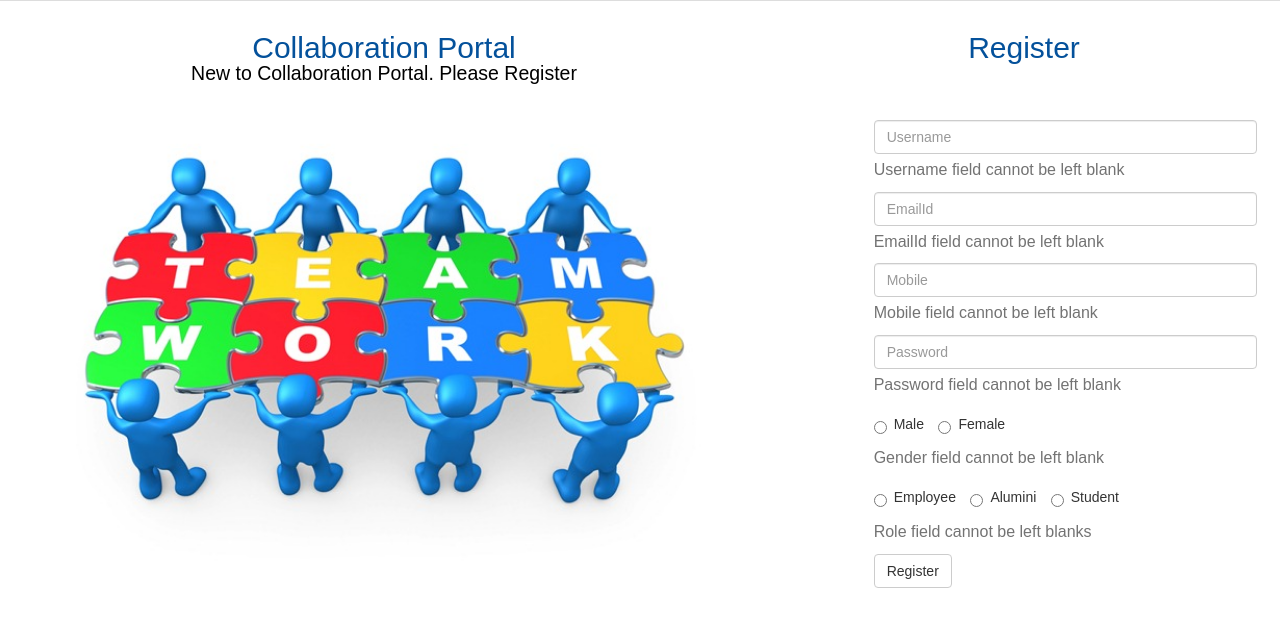
Repository: KaustubhKamat/CollaborationPlatform
Page: CollaborationFrontEnd/WebContent/c_user/Register.html
The author's editor kept a copy of each file at every save. The page is drawn from the files as they stood at one save, then again after the next save.
The browser window is 1280 px wide. The pictures show the whole page.
Some web libraries are served in a nearby version.

Above is the page before, as saved 2017-03-03 11:03:31.

### CollaborationFrontEnd/WebContent/c_user/Register.html
<html>
<head>
<meta charset="ISO-8859-1">
<title>Insert title here</title>
<link rel="stylesheet"
	href="https://maxcdn.bootstrapcdn.com/bootstrap/3.3.7/css/bootstrap.min.css">
<script
	src="https://ajax.googleapis.com/ajax/libs/jquery/1.12.4/jquery.min.js"></script>
<link rel="stylesheet"
	href="https://maxcdn.bootstrapcdn.com/font-awesome/4.4.0/css/font-awesome.min.css">
<script
	src="https://maxcdn.bootstrapcdn.com/bootstrap/3.3.7/js/bootstrap.min.js"></script>
	<script src="https://ajax.googleapis.com/ajax/libs/angularjs/1.4.8/angular.min.js"></script>
</head>
<body>

<head>

<link rel="stylesheet"
	href="https://maxcdn.bootstrapcdn.com/bootstrap/3.3.7/css/bootstrap.min.css">
<script
	src="https://ajax.googleapis.com/ajax/libs/jquery/3.1.1/jquery.min.js"></script>
<script
	src="https://maxcdn.bootstrapcdn.com/bootstrap/3.3.7/js/bootstrap.min.js"></script>
<style>
body {
	font-family: sans-serif;

}

form {
	margin: 25px auto;
	font-size: medium;
	padding: 10px 20px;
	border-radius: 10px;
	text-align: justify;
}

body {
	background:
}

h2 {
	text-align: center;
}

</style>
<meta http-equiv="Content-Type" content="text/html; charset=ISO-8859-1">
<title>Insert title here</title>
</head>

<body ng-app="">


<div ng-controller="UserController as ctrl">

<table class="table" style=" background: linear-gradient(white, lightred);">
<tr>
<td width="60%" valign="top" style="padding-top: 10px">
<center> <h2 style="color:#04519b">Collaboration Portal <br><small style="color:black;">New to Collaboration Portal. Please Register</small> </h2></center>
<center><img src="resources/Images/login.jpg" height="500px"></center>
</td>
<td width="40%" style="padding-top: 10px">
<h2 style="color:#04519b">Register</h2>

<br>
<br>
		<div class="form-group" ng-class="{'has-error' : form.username.$dirty && form.username.$error.required}">
    <div class="col-sm-offset-2 col-sm-10">
      <input type="text" class="form-control" placeholder="Username" ng-model="ctrl.user.username" id="username" name="username" required>
      <span ng-show="form.username.$dirty && form.username.$error.required" class="help-block">Username field cannot be left blank</span>
    </div>
  </div>

   <div class="form-group" ng-class="{'has-error' : form.emailId.$dirty && form.emailId.$error.required}">
    <div class="col-sm-offset-2 col-sm-10">
      <input type="email" class="form-control" placeholder="EmailId" ng-model="ctrl.user.emailId" id="emailId" name="emailId" required>
      <span ng-show="form.emailId.$dirty && form.emailId.$error.required" class="help-block">EmailId field cannot be left blank</span>
    </div>
  </div>

  <div class="form-group" ng-class="{'has-error' : form.mobile.$dirty && form.mobile.$error.required}">
    <div class="col-sm-offset-2 col-sm-10">
      <input type="text" class="form-control" placeholder="Mobile" ng-model="ctrl.user.mobile" id="mobile" name="mobile" required>
       <span ng-show="form.mobile.$dirty && form.mobile.$error.required" class="help-block">Mobile field cannot be left blank </span>
    </div>
  </div>

  <div class="form-group" ng-class="{'has-error' : form.password.$dirty && form.password.$error.required}">
    <div class="col-sm-offset-2 col-sm-10">
      <input type="password" class="form-control" placeholder="Password" ng-model="ctrl.user.password" id="password" name="password" required>
       <span ng-show="form.password.$dirty && form.password.$error.required" class="help-block">Password field cannot be left blank</span>
    </div>
  </div>

  <div class="form-group" ng-class="{'has-error' : form.gender.$dirty && form.gender.$error.required}">
   <div class="col-sm-offset-2 col-sm-10">
    <label class="radio-inline">
     <h5> <input type="radio" name="gender" ng-model="ctrl.user.gender" id="gender" ng-value="'Male'">Male</h5>
    </label>
    <label class="radio-inline">
   <h5>   <input type="radio" name="gender" ng-model="ctrl.user.gender" id="gender" ng-value="'Female'">Female</h5>
    </label>
          <span ng-show="form.gender.$dirty && form.gender.$error.required" class="help-block">Gender field cannot be left blank</span>

</div>

  <div class="form-group" ng-class="{'has-error' : form.role.$dirty && form.role.$error.required}">
   <div class="col-sm-offset-2 col-sm-10">
  <label class="radio-inline">
     <h5> <input type="radio" name="role" ng-model="ctrl.user.role" ng-value="'Employee'"  id="role">Employee</h5>
    </label>
    <label class="radio-inline">
   <h5>   <input type="radio" name="role" ng-model="ctrl.user.role" ng-value="'Alumini'" id="role">Alumini</h5>
    </label>
    <label class="radio-inline">
    <h5>  <input type="radio" name="role" ng-model="ctrl.user.role" ng-value="'Student'" id="role">Student</h5>
    </label>
    <span ng-show="form.role.$dirty && form.role.$error.required" class="help-block">Role field cannot be left blanks</span>
</div>
		<div class="form-group">
			<div class="col-sm-offset-2 col-sm-10">
				<input type="hidden" name="${_csrf.parameterName}"
					value="${_csrf.token}">
				<button type="submit" class="btn btn-default">Register</button>
			</div>
		</div>

		</div>
	</form>
	</div>
</td>

 </body>
 </html>

After the next save:
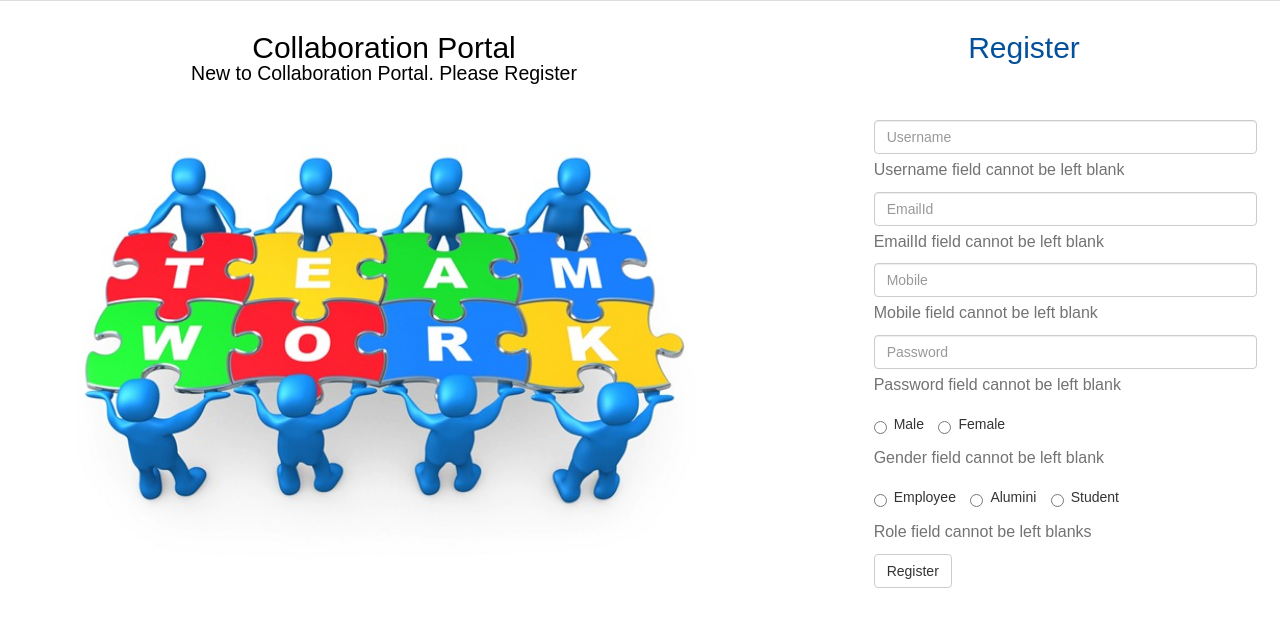
Saved 10 s later.
--- a/CollaborationFrontEnd/WebContent/c_user/Register.html
+++ b/CollaborationFrontEnd/WebContent/c_user/Register.html
@@ -57,7 +57,7 @@ h2 {
 <table class="table" style=" background: linear-gradient(white, lightred);">
 <tr>
 <td width="60%" valign="top" style="padding-top: 10px">
-<center> <h2 style="color:#04519b">Collaboration Portal <br><small style="color:black;">New to Collaboration Portal. Please Register</small> </h2></center>
+<center> <h2 style="color:black;">Collaboration Portal <br><small style="color:black;">New to Collaboration Portal. Please Register</small> </h2></center>
 <center><img src="resources/Images/login.jpg" height="500px"></center>
 </td>
 <td width="40%" style="padding-top: 10px">
